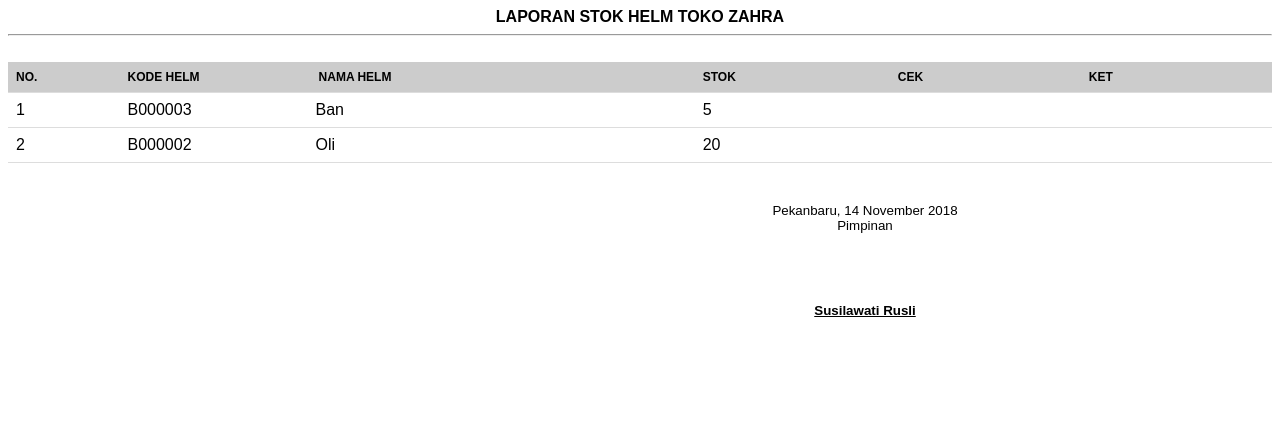
Repository: RezaFirmansyah90/Reza-stokbarang
Page: http://localhost/tcpdf/modules/lap-stok/cetak.php
These files come from the project's save history. The page is drawn as it stood at one moment and after the next save; the edit follows.
The browser window is 1280 px wide. The pictures show the whole page.
The page is run by PHP 8.4 with error messages shown; the project is at /var/www/html/. The database holds what the project's SQL file puts in it.

Above is the page before, as saved 2024-05-12 09:18:11.

### modules/lap-stok/cetak.php
<html> <!-- Bagian halaman HTML yang akan print -->
<?php
session_start();
ob_start();
// Panggil koneksi database.php untuk koneksi database
require_once "../../config/database.php";
// panggil fungsi untuk format tanggal
include "../../config/fungsi_tanggal.php";
// panggil fungsi untuk format rupiah
include "../../config/fungsi_rupiah.php";

$hari_ini = date("d-m-Y");

$no = 1;
// fungsi query untuk menampilkan data dari tabel helm
$query = mysqli_query($mysqli, "SELECT kode_helm,nama_helm,harga_beli,harga_jual,satuan,stok FROM is_helm ORDER BY nama_helm ASC")
                                or die('Ada kesalahan pada query tampil Data Helm: '.mysqli_error($mysqli));
$count  = mysqli_num_rows($query);
?>
    <head>
        <meta http-equiv="Content-Type" content="text/html; charset=iso-8859-1" />
        <title>th-z (stok)</title>
        <link rel="stylesheet" type="text/css" href="../../assets/css/laporan.css" />
        <style>
table {
  border-collapse: collapse;
  width: 100%;
}

th, td {
  padding: 8px;
  text-align: left;
  border-bottom: 1px solid #ddd;
}

tr:hover {background-color:#f5f5f5;}
</style>
    </head>
    <body>
        <div id="title">
            LAPORAN STOK HELM TOKO ZAHRA
        </div>

        <hr><br>

        <div id="isi">
            <table width="100%" border="0.3" cellpadding="0" cellspacing="0">
                <thead style="background:#e8ecee">
                    <tr class="tr-title">
                        <th height="20" align="center" valign="middle">NO.</th>
                        <th height="20" align="center" valign="middle">KODE HELM</th>
                        <th height="20" align="center" valign="middle">NAMA HELM</th>
                        <th height="20" align="center" valign="middle">STOK</th>
                        <th height="20" align="center" valign="middle">CEK</th>
                        <th height="20" align="center" valign="middle">KET</th>
                    </tr>
                </thead>
                <tbody>
<?php
        // tampilkan data
        while ($data = mysqli_fetch_assoc($query)) {
            //$harga_beli = format_rupiah($data['harga_beli']);
            //$harga_jual = format_rupiah($data['harga_jual']);
            // menampilkan isi tabel dari database ke tabel di aplikasi
            echo "  <tr>
                        <td width='40' height='13' align='center' valign='middle'>$no</td>
                        <td width='80' height='13' align='center' valign='middle'>$data[kode_helm]</td>
                        <td style='padding-left:5px;' width='180' height='13' valign='middle'>$data[nama_helm]</td>
                        <td style='padding-right:10px;' width='80' height='13' align='right' valign='middle'>$data[stok]</td>
                        <td width='80' height='13' align='center' valign='middle'></td>
                        <td width='80' height='13' align='center' valign='middle'></td>
                    </tr>";
            $no++;
        }
?>
                </tbody>
            </table>

            <div id="footer-tanggal">
                Pekanbaru, <?php echo tgl_eng_to_ind("$hari_ini"); ?>
            </div>
            <div id="footer-jabatan">
                Pimpinan
            </div>

            <div id="footer-nama">
                Susilawati Rusli
            </div>
        </div>

        <script>
		window.print();
	    </script>

    </body>
</html><!-- Akhir halaman HTML yang akan di print -->

### config/database.php
<?php
// deklarasi parameter koneksi database
$server   = "localhost";
$username = "root";
$password = "";
$database = "stokbarang";

// koneksi database
$mysqli = new mysqli($server, $username, $password, $database);

// cek koneksi
if ($mysqli->connect_error) {
    die('Koneksi Database Gagal : '.$mysqli->connect_error);
}
?>

### config/fungsi_rupiah.php
<?php
// Fungsi format uang dalam rupah
function format_rupiah($angka){
  $rupiah=number_format($angka,0,',','.');
  return $rupiah;
}

// Fungsi rupiah untuk laporan pada halaman admin
function rp($uang){
  $rp = "";
  $digit = strlen($uang);

  while($digit > 3)
  {
    $rp = "." . substr($uang,-3) . $rp;
    $lebar = strlen($uang) - 3;
    $uang  = substr($uang,0,$lebar);
    $digit = strlen($uang);
  }
  $rp = $uang . $rp . ",-";
  return $rp;
}
?>

### assets/css/laporan.css
@charset "utf-8";
/* CSS Document */

table {
	border-collapse: collapse;
	width: 100%;
  }

  th, td {
	padding: 8px;
	text-align: left;
	border-bottom: 1px solid #ddd;
  }

  tr:hover {background-color:#f5f5f5;
}

#logo{
	height: 120px;
	margin-bottom: 50px;
	width: 100%;
	border-top-style: none;
	border-right-style: none;
	border-bottom-style: none;
	border-left-style: none;
}

#title{
	float: none;
	font-weight: bold;
	text-transform: capitalize;
	color: #000;
	margin-bottom: 4px;
	font-size: 12pt;
	text-decoration: none;
	text-align: center;
}

#title-tanggal{
	float: none;
	font-weight: bold;
	text-transform: capitalize;
	color: #000;
	margin-bottom: 10px;
	font-size: 10pt;
	text-decoration: none;
	text-align: center;
}

#isi{
	font-size: 9pt;
}

#isi-table{
	padding: 0 0 0 3px;
}

.tr-title{
	font-size: 9pt;
	font-weight: bold;
	color: #000;
	background-color: #CCC;
}

#footer-tanggal{
	color: #000;
	margin-top: 40px;
	margin-left: 450px;
	font-size: 10pt;
}

#footer-jabatan{
	color: #000;
	font-size: 10pt;
	margin-left: 450px;
	margin-bottom: 70px;
}

#footer-nama{
	color: #000;
	font-size: 10pt;
	margin-left: 450px;
	text-decoration: underline;
	font-weight: bold;
}

body {
	font-family: Arial, Helvetica, sans-serif;
	color: #000;
	text-align: center;
}

### database/stokbarang.sql (the tables this page reads)
CREATE TABLE `is_helm` (
  `kode_helm` varchar(7) NOT NULL,
  `nama_helm` varchar(50) NOT NULL,
  `harga_beli` int(11) NOT NULL,
  `harga_jual` int(11) NOT NULL,
  `satuan` varchar(20) NOT NULL,
  `stok` int(11) NOT NULL,
  `created_user` int(3) NOT NULL,
  `created_date` timestamp NOT NULL DEFAULT current_timestamp(),
  `updated_user` int(3) NOT NULL,
  `updated_date` timestamp NOT NULL DEFAULT current_timestamp() ON UPDATE current_timestamp()
) ENGINE=InnoDB DEFAULT CHARSET=latin1 COLLATE=latin1_swedish_ci;

INSERT INTO `is_helm` (`kode_helm`, `nama_helm`, `harga_beli`, `harga_jual`, `satuan`, `stok`, `created_user`, `created_date`, `updated_user`, `updated_date`) VALUES
('B000002', 'Oli', 450000, 470000, 'Pcs', 20, 1, '2024-05-12 09:24:25', 1, '2024-05-12 09:32:19'),
('B000003', 'Ban', 550000, 580000, 'Buah', 5, 1, '2024-05-12 09:28:23', 1, '2024-05-12 09:31:37');

ALTER TABLE `is_helm`
  ADD PRIMARY KEY (`kode_helm`),
  ADD KEY `created_user` (`created_user`),
  ADD KEY `updated_user` (`updated_user`);

ALTER TABLE `is_helm`
  ADD CONSTRAINT `is_helm_ibfk_1` FOREIGN KEY (`created_user`) REFERENCES `is_users` (`id_user`) ON DELETE CASCADE ON UPDATE CASCADE,
  ADD CONSTRAINT `is_helm_ibfk_2` FOREIGN KEY (`updated_user`) REFERENCES `is_users` (`id_user`) ON DELETE CASCADE ON UPDATE CASCADE;

### database/thz.sql (the tables this page reads)
CREATE TABLE `is_helm` (
  `kode_helm` varchar(7) NOT NULL,
  `nama_helm` varchar(50) NOT NULL,
  `harga_beli` int(11) NOT NULL,
  `harga_jual` int(11) NOT NULL,
  `satuan` varchar(20) NOT NULL,
  `stok` int(11) NOT NULL,
  `created_user` int(3) NOT NULL,
  `created_date` timestamp NOT NULL DEFAULT CURRENT_TIMESTAMP,
  `updated_user` int(3) NOT NULL,
  `updated_date` timestamp NOT NULL DEFAULT CURRENT_TIMESTAMP ON UPDATE CURRENT_TIMESTAMP
) ENGINE=InnoDB DEFAULT CHARSET=latin1;

INSERT INTO `is_helm` (`kode_helm`, `nama_helm`, `harga_beli`, `harga_jual`, `satuan`, `stok`, `created_user`, `created_date`, `updated_user`, `updated_date`) VALUES
('B000001', 'GM Evolution Motif', 220000, 250000, 'Buah', 5, 1, '2020-02-21 03:04:28', 1, '2020-02-21 06:44:29'),
('B000002', 'GM Evolution Kartun', 225000, 250000, 'Buah', 5, 1, '2020-02-21 03:04:58', 1, '2020-02-21 03:49:19'),
('B000003', 'GM Evolution Polos', 200000, 240000, 'Buah', 5, 1, '2020-02-21 03:05:22', 1, '2020-02-21 06:47:34'),
('B000004', 'KYT Galaxy Polos', 340000, 370000, 'Buah', 5, 1, '2020-02-21 06:40:33', 1, '2020-02-21 06:47:13');

ALTER TABLE `is_helm`
  ADD PRIMARY KEY (`kode_helm`),
  ADD KEY `created_user` (`created_user`),
  ADD KEY `updated_user` (`updated_user`);

ALTER TABLE `is_helm`
  ADD CONSTRAINT `is_helm_ibfk_1` FOREIGN KEY (`created_user`) REFERENCES `is_users` (`id_user`) ON DELETE CASCADE ON UPDATE CASCADE,
  ADD CONSTRAINT `is_helm_ibfk_2` FOREIGN KEY (`updated_user`) REFERENCES `is_users` (`id_user`) ON DELETE CASCADE ON UPDATE CASCADE;

Loaded but not shown: config/fungsi_tanggal.php (common file)

After the next save:
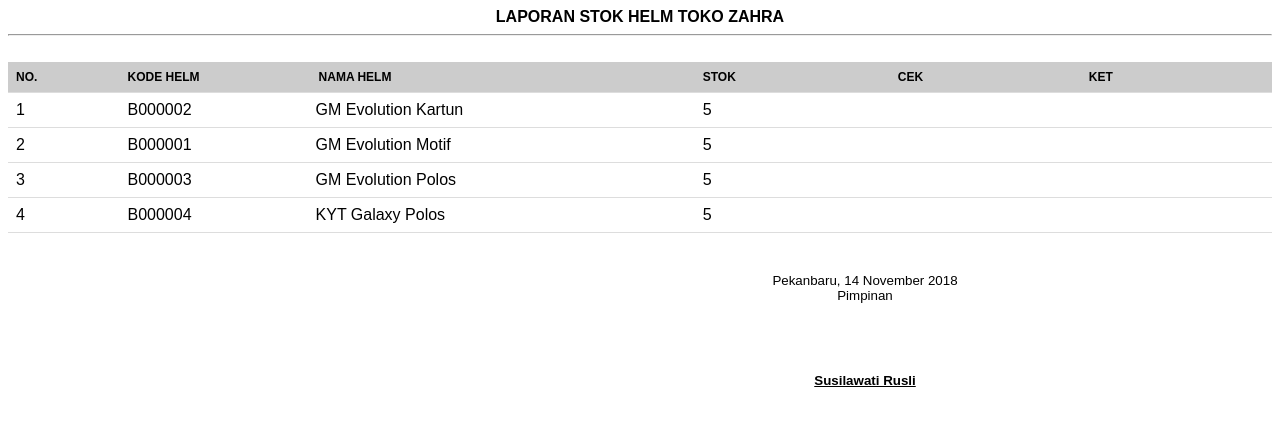
Saved 21 min 49 s later.
--- a/config/database.php
+++ b/config/database.php
@@ -3,7 +3,7 @@
 $server   = "localhost";
 $username = "root";
 $password = "";
-$database = "stokbarang";
+$database = "thz";
 
 // koneksi database
 $mysqli = new mysqli($server, $username, $password, $database);

After the 2 saves that followed:
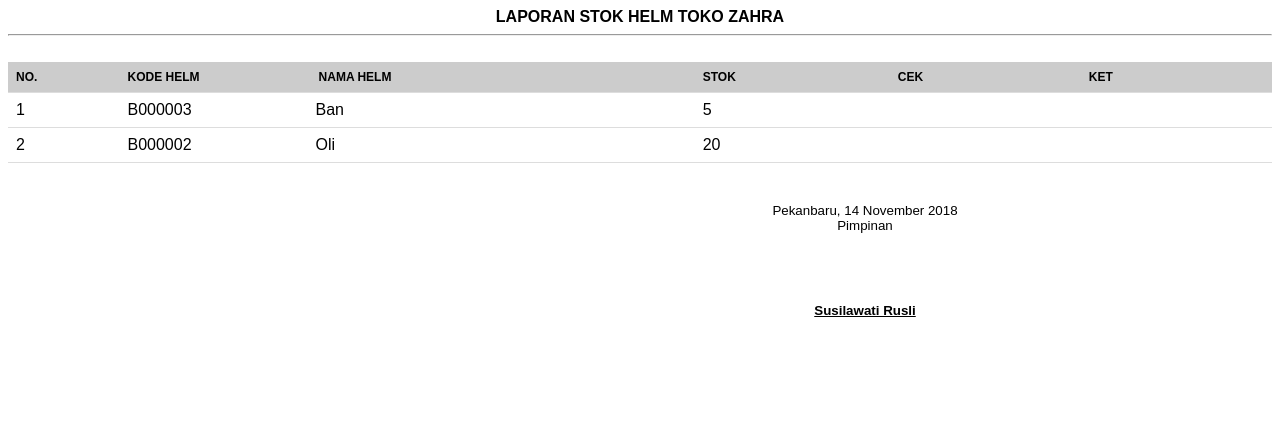
The 2 saves are shown as one change because 1 left the picture as it was.
The last was saved 3 min 25 s later.
--- a/config/database.php
+++ b/config/database.php
@@ -3,7 +3,7 @@
 $server   = "localhost";
 $username = "root";
 $password = "";
-$database = "thz";
+$database = "stokbarang";
 
 // koneksi database
 $mysqli = new mysqli($server, $username, $password, $database);
